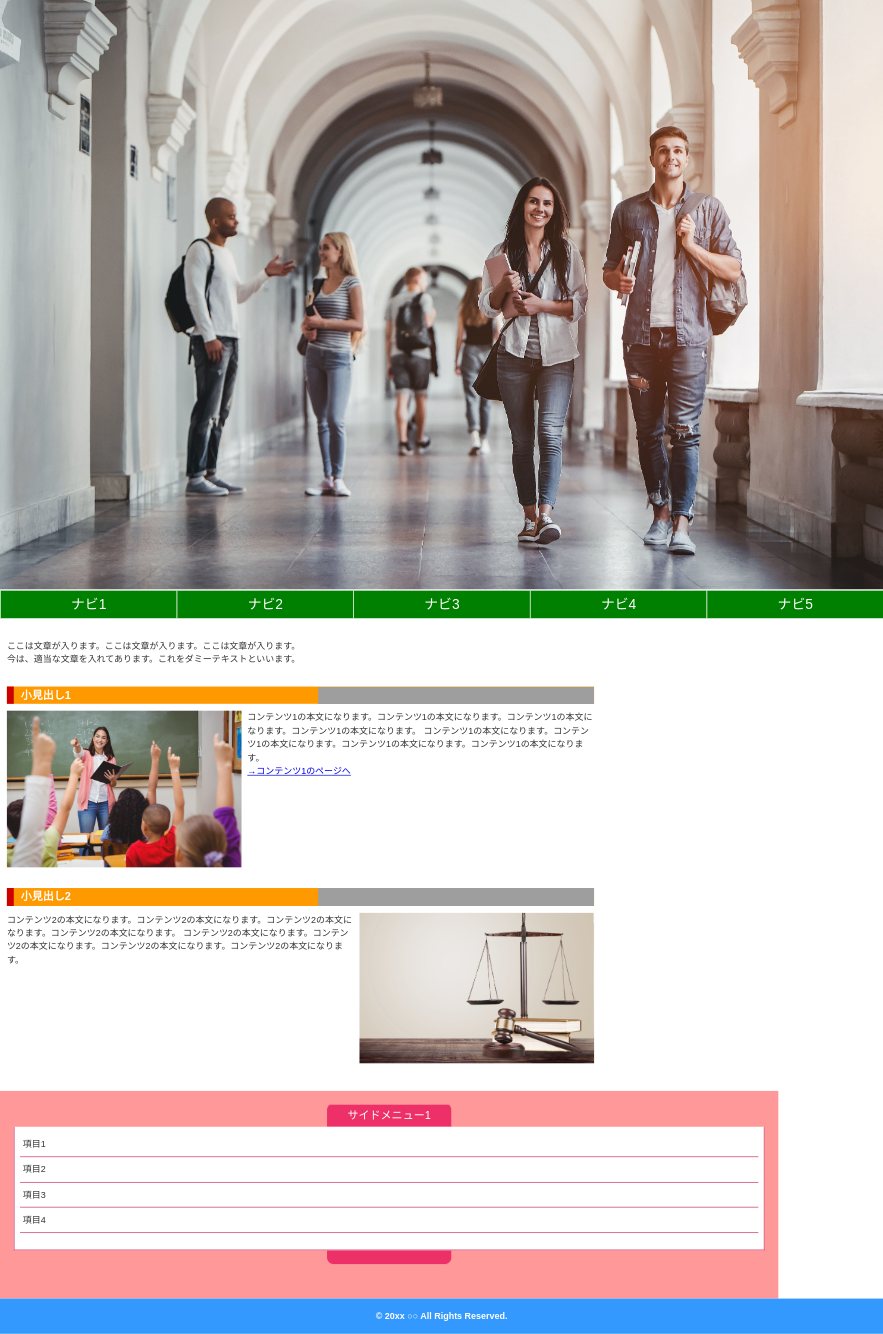
Repository: mizue-water/samurai_HTML-CSS
Page: home.html
The author's editor kept a record of every edit. The page is drawn from the files as they stood at one moment, then again after the next edit.
The browser window is 1280 px wide. The pictures show the whole page, at 69% of full size.
Pictures or frames that could not be fetched are drawn as grey boxes.

Above is the page before.

### home.html
<!DOCTYPE html>
<html lang="ja">
    <head>
        <meta charset="UTF-8">
        <title>HTML/CSSの学習</title>
        <link rel="stylesheet" href="stylesheet.css">
    </head>
    <body>
        <div id="header">
            <h1>
                <a href="index.html">
                    <img id="corridor" src="images/corridor.jpg" alt="大学の廊下" />
                </a>
            </h1>
        </div>
        <div id="wrapper">
            <div id="nav">
            <ul>
                <li><a href="home.html">ナビ1</a></li>
                <li><a href="#">ナビ2</a></li>
                <li><a href="#">ナビ3</a></li>
                <li><a href="#">ナビ4</a></li>
                <li><a href="#">ナビ5</a></li>
            </ul>
            </div>
        </div>
        <div id="container">
            <div id="main">
                <div class="post">
                    <p>ここは文章が入ります。ここは文章が入ります。ここは文章が入ります。<br/>
                    今は、適当な文章を入れてあります。これをダミーテキストといいます。
                    </p>
                </div>
                <div class="post clearfix">
                    <h2>小見出し1</h2>
                    <img class="left" src="images/classroom.jpg" alt="授業風景"/>
                    <p>
                        コンテンツ1の本文になります。コンテンツ1の本文になります。コンテンツ1の本文になります。コンテンツ1の本文になります。
                        コンテンツ1の本文になります。コンテンツ1の本文になります。コンテンツ1の本文になります。コンテンツ1の本文になります。
                    </p>
                    <p>
                        <a href="#">→コンテンツ1のページへ</a>
                    </p>
                </div>
                <div class="post clearfix">
                    <h2>小見出し2</h2>
                    <img class="right" src="images/scale.jpg" alt="天秤"/>
                    <p>
                        コンテンツ2の本文になります。コンテンツ2の本文になります。コンテンツ2の本文になります。コンテンツ2の本文になります。
                        コンテンツ2の本文になります。コンテンツ2の本文になります。コンテンツ2の本文になります。コンテンツ2の本文になります。
                    </p>
                </div>
            </div>
        </div>
        <div id="side">
            <div class="box">
                <h2>サイドメニュー1</h2>
                <div class="boxBody">
                    <ul>
                        <li>項目1</li>
                        <li>項目2</li>
                        <li>項目3</li>
                        <li>項目4</li>
                    </ul>
                </div>
            </div>
        </div>
        <div id="footer">
            <p>&copy; 20xx ○○ All Rights Reserved.</p>
        </div>
    </body>
</html>

### stylesheet.css
@charset "utf-8";

body {
	margin: 0;
	padding: 0;
	font-family: "ヒラギノ角ゴ Pro W3", "Hiragino Kaku Gothic Pro", "メイリオ", Meiryo, Osaka, "ＭＳ Ｐゴシック", "MS PGothic", sans-serif;
	color: #333;
	font-size: 13px;
	line-height: 150%;
}

/* -------------------- wrapper -------------------- */
#wrapper {
	width: 100%;
	margin: auto;
	padding: 0px;
	border: 0px;
	background-color: #FFF;
}
/* -------------------- header -------------------- */
#header {
	width: 100%;
}
#header h1 {
	margin: 0;
	padding: 0;
}
#corridor {
	width: 100%;
	height: auto;
}
/* -------------------- footer -------------------- */
#footer {
	clear: both;
	width: 100%;
	padding: 3px 0 3px 0;
	background: #39F;
	color: #FFF;
	font-weight: bold;
	text-align: center;
}
/* -------------------- nav -------------------- */
#nav {
	width: 100%;
}
#nav ul {
	display: flex;
	margin: 0;
	padding: 0;
	list-style-type: none;
}
#nav ul li {
	width: 20%;
	text-align: center;
}
#nav ul li a {
	display: block;
	height: 20px;
	margin: 0;
	padding: 10px;
	color: #FFF;
	font-size: 20px;
	text-decoration: none;
	background-color: green;
	border-left: 1px solid white;
}
#nav ul li a:hover {
	filter: drop-shadow(10px 10px 10px black);
}
/* -------------------- container -------------------- */
#container {
	width: 100%;
	margin: auto;
	padding-top: 20px;
	clear: both;
	display: grid;
	grid-template-columns: 70vw 30vw;
}
/* -------------------- main -------------------- */
#main {
	width: 95%;
	padding: 10px 30px 10px 10px;
}
#main h2 {
	margin: 0 0 10px 0;
	padding: 3px 10px 3px 10px;
	color: #FFF;
	font-size: 16px;
	border-left: solid 10px #C00;
	background: #F90 url(../images/main_h2.jpg) right top repeat-y;
}
#main p {
	margin: 0;
	padding: 0;
}
#main .post {
	margin: 0 0 30px 0;
}
#main .post img.right {
	margin: 0 0 0 8px;
}
#main .post img.left {
	margin: 0 8px 0 0;
}
.right {
	float: right;
	width: 40%;
	height: auto;
}
.left {
	float: left;
	width: 40%;
	height: auto;
}
/* -------------------- clearfix -------------------- */
.clearfix {
	zoom: 1;
}
.clearfix:after {
	content: "";
	display: block;
	clear: both;
}
/* -------------------- side -------------------- */
#side {
	width: 85%;
	padding: 20px;
	background-color: #F99;
}
#side .box {
	margin: 0 auto 30px auto;
	padding: 0 0 20px 0;
	background: url(images/side_box.png) bottom no-repeat;
}
#side .box h2 {
	margin: 0;
	padding: 8px;
	text-align: center;
	color: #FFF;
	font-size: 16px;
	line-height: 16px;
	font-weight: normal;
	background: url(images/side_box_h2.png) center no-repeat;
}
#side .box .boxBody {
	padding: 8px;
	border-right: solid 1px #C36;
	border-bottom: solid 1px #C36;
	border-left: solid 1px #C36;
	background: #FFF;
}
#side .box .boxBody ul{
	margin: 0 0 16px 0;
	padding: 0;
}
#side .box .boxBody ul li{
	padding: 8px 0 8px 4px;
	list-style: none;
	border-bottom: solid 1px #C36;
}
#side .box .boxBody ul li:hover {
	padding: 8px 0 8px 4px;
	list-style: none;
	border-bottom: solid 1px #C36;
	box-shadow: 0px 4px 4px rgba(0, 0, 0, 0.3);
}

After the next edit:
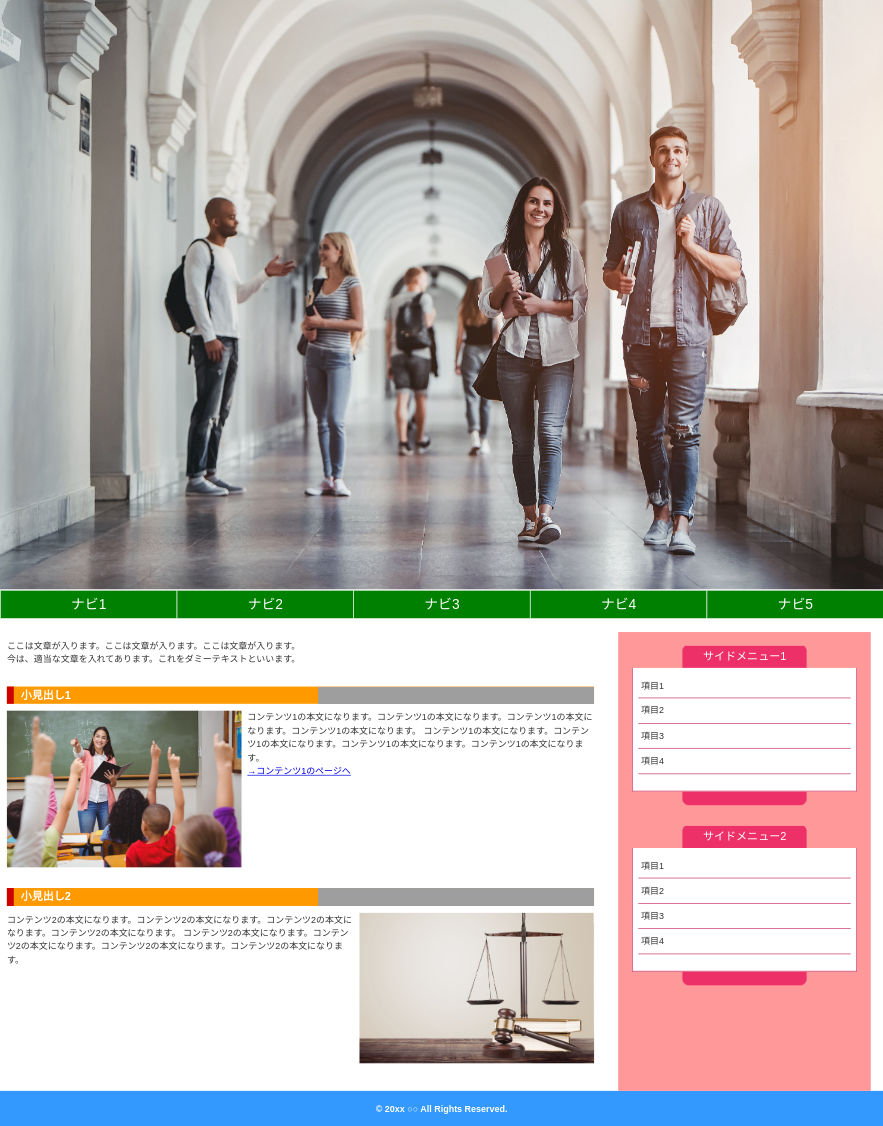
The edit:
--- a/home.html
+++ b/home.html
@@ -51,8 +51,7 @@
                     </p>
                 </div>
             </div>
-        </div>
-        <div id="side">
+                    <div id="side">
             <div class="box">
                 <h2>サイドメニュー1</h2>
                 <div class="boxBody">
@@ -64,6 +63,18 @@
                     </ul>
                 </div>
             </div>
+            <div class="box">
+                <h2>サイドメニュー2</h2>
+                <div class="boxBody">
+                    <ul>
+                        <li>項目1</li>
+                        <li>項目2</li>
+                        <li>項目3</li>
+                        <li>項目4</li>
+                    </ul>
+                </div>
+            </div>
+        </div>
         </div>
         <div id="footer">
             <p>&copy; 20xx ○○ All Rights Reserved.</p>
